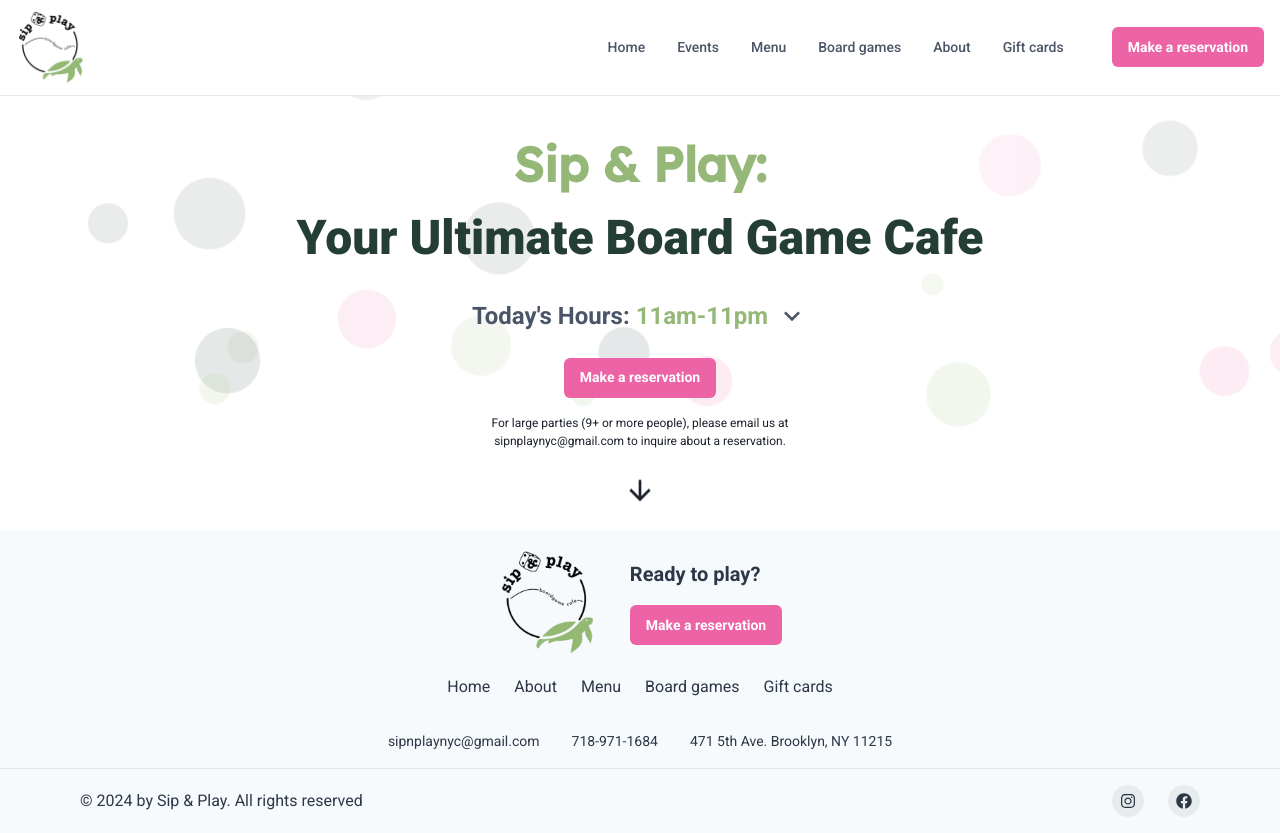
Repository: natespinetti/codedexsummerhackathon
Page: /
An editor plug-in stored every save of this project. The page is shown before and after the next save, followed by the edit.
The browser window is 1280 px wide. The pictures show the whole page.
The project was rebuilt for these pictures with package versions that can differ from the ones it lists, and the page was loaded fresh each time. The framework's server and built-in components were replaced by stand-ins that run in the browser. Also part of the build but not shown: next.config.mjs.

Above is the page before, as saved 2024-07-11 16:41:44.

### app/layout.tsx
"use client";
import Head from "next/head";
import React from "react";
import Header from "./components/Header";
import Footer from "./components/Footer";
import { Providers } from "./components/Providers";

export default function RootLayout({
  children,
}: {
  children: React.ReactNode;
}) {
  return (
    <html lang="en">
      <Head>
        <title>Sip & Play</title>
        <meta name="description" content="Board games and boba!" />
        <meta name="viewport" content="width=device-width, initial-scale=1" />
        <link rel="icon" href="/favicons/favicon.ico" />
      </Head>
      <body>
        <Providers>
          <Header />
          <main>{children}</main>
          <Footer />
        </Providers>
      </body>
    </html>
  );
}

### app/page.tsx
import Image from "next/image";
import HomeHero from "./components/HomeHero";

export default function Home() {
  return (
    <>
      <HomeHero />
    </>
  );
}

### app/components/Header.tsx
"use client";

import {
  Box,
  Flex,
  Text,
  IconButton,
  Button,
  Stack,
  Collapse,
  Icon,
  Popover,
  PopoverTrigger,
  PopoverContent,
  useColorModeValue,
  useBreakpointValue,
  Image,
  useDisclosure,
} from "@chakra-ui/react";
import {
  HamburgerIcon,
  CloseIcon,
  ChevronDownIcon,
  ChevronRightIcon,
} from "@chakra-ui/icons";
import CurrentDayHours from "./CurrentDaysHours";

export default function Header() {
  const { isOpen, onToggle } = useDisclosure();

  return (
    <Box>
      <Flex
        bg={useColorModeValue("white", "gray.800")}
        color={useColorModeValue("gray.600", "white")}
        minH={"60px"}
        py={{ base: 2 }}
        px={{ base: 4 }}
        borderBottom={1}
        borderStyle={"solid"}
        borderColor={useColorModeValue("gray.200", "gray.900")}
        align={"center"}
      >
        <Flex
          flex={{ base: 1, md: "auto" }}
          ml={{ base: -2 }}
          display={{ base: "flex", md: "none" }}
        >
          <IconButton
            onClick={onToggle}
            icon={
              isOpen ? <CloseIcon w={3} h={3} /> : <HamburgerIcon w={5} h={5} />
            }
            variant={"ghost"}
            aria-label={"Toggle Navigation"}
          />
        </Flex>
        <Flex flex={{ base: 1 }} justify={{ base: "center", md: "start" }}>
          <Text
            textAlign={useBreakpointValue({ base: "center", md: "left" })}
            fontFamily={"heading"}
            color={useColorModeValue("gray.800", "white")}
          >
            <Image
              maxW="70px"
              src="/logos/sipnplay2.png"
              alt="Sip & Play Logo"
            />
          </Text>

          <Flex
            display={{ base: "none", md: "flex" }}
            mr={10}
            alignItems="center"
            ml="auto"
          >
            <DesktopNav />
          </Flex>
        </Flex>

        <Stack
          flex={{ base: 1, md: 0 }}
          justify={"flex-end"}
          direction={"row"}
          spacing={6}
        >
          <Button
            as={"a"}
            display={{ base: "none", md: "inline-flex" }}
            fontSize={"sm"}
            fontWeight={600}
            color={"white"}
            bg={"pink.400"}
            href={"https://www.exploretock.com/sipnplay/"}
            target="_blank"
            _hover={{
              bg: "pink.300",
            }}
          >
            Make a reservation
          </Button>
        </Stack>
      </Flex>

      <Collapse in={isOpen} animateOpacity>
        <MobileNav />
      </Collapse>
    </Box>
  );
}

const DesktopNav = () => {
  const linkColor = useColorModeValue("gray.600", "gray.200");
  const linkHoverColor = useColorModeValue("gray.800", "white");
  const popoverContentBgColor = useColorModeValue("white", "gray.800");

  return (
    <Stack direction={"row"} spacing={4}>
      {NAV_ITEMS.map((navItem) => (
        <Box key={navItem.label}>
          <Popover trigger={"hover"} placement={"bottom-start"}>
            <PopoverTrigger>
              <Box
                as="a"
                p={2}
                href={navItem.href ?? "#"}
                fontSize={"sm"}
                fontWeight={500}
                color={linkColor}
                _hover={{
                  textDecoration: "none",
                  color: linkHoverColor,
                }}
              >
                {navItem.label}
              </Box>
            </PopoverTrigger>

            {navItem.children && (
              <PopoverContent
                border={0}
                boxShadow={"xl"}
                bg={popoverContentBgColor}
                p={4}
                rounded={"xl"}
                minW={"sm"}
              >
                <Stack>
                  {navItem.children.map((child) => (
                    <DesktopSubNav key={child.label} {...child} />
                  ))}
                </Stack>
              </PopoverContent>
            )}
          </Popover>
        </Box>
      ))}
    </Stack>
  );
};

const DesktopSubNav = ({ label, href, subLabel }: NavItem) => {
  return (
    <Box
      as="a"
      href={href}
      role={"group"}
      display={"block"}
      p={2}
      rounded={"md"}
      _hover={{ bg: useColorModeValue("pink.50", "gray.900") }}
    >
      <Stack direction={"row"} align={"center"}>
        <Box>
          <Text
            transition={"all .3s ease"}
            _groupHover={{ color: "pink.400" }}
            fontWeight={500}
          >
            {label}
          </Text>
          <Text fontSize={"sm"}>{subLabel}</Text>
        </Box>
        <Flex
          transition={"all .3s ease"}
          transform={"translateX(-10px)"}
          opacity={0}
          _groupHover={{ opacity: "100%", transform: "translateX(0)" }}
          justify={"flex-end"}
          align={"center"}
          flex={1}
        >
          <Icon color={"pink.400"} w={5} h={5} as={ChevronRightIcon} />
        </Flex>
      </Stack>
    </Box>
  );
};

const MobileNav = () => {
  return (
    <Stack
      bg={useColorModeValue("white", "gray.800")}
      p={4}
      display={{ md: "none" }}
    >
      {NAV_ITEMS.map((navItem) => (
        <MobileNavItem key={navItem.label} {...navItem} />
      ))}
    </Stack>
  );
};

const MobileNavItem = ({ label, children, href }: NavItem) => {
  const { isOpen, onToggle } = useDisclosure();

  return (
    <Stack spacing={4} onClick={children && onToggle}>
      <Box
        py={2}
        as="a"
        href={href ?? "#"}
        justifyContent="space-between"
        alignItems="center"
        _hover={{
          textDecoration: "none",
        }}
      >
        <Text
          fontWeight={600}
          color={useColorModeValue("gray.600", "gray.200")}
        >
          {label}
        </Text>
        {children && (
          <Icon
            as={ChevronDownIcon}
            transition={"all .25s ease-in-out"}
            transform={isOpen ? "rotate(180deg)" : ""}
            w={6}
            h={6}
          />
        )}
      </Box>

      <Collapse in={isOpen} animateOpacity style={{ marginTop: "0!important" }}>
        <Stack
          mt={2}
          pl={4}
          borderLeft={1}
          borderStyle={"solid"}
          borderColor={useColorModeValue("gray.200", "gray.700")}
          align={"start"}
        >
          {children &&
            children.map((child) => (
              <Box as="a" key={child.label} py={2} href={child.href}>
                {child.label}
              </Box>
            ))}
        </Stack>
      </Collapse>
    </Stack>
  );
};

interface NavItem {
  label: string;
  subLabel?: string;
  children?: Array<NavItem>;
  href?: string;
}

const NAV_ITEMS: Array<NavItem> = [
  {
    label: "Home",
    href: "/",
  },
  {
    label: "Events ",
    href: "/",
  },
  {
    label: "Menu",
    children: [
      {
        label: "Coffee",
        subLabel: "Hot and iced coffee options",
        href: "#",
      },
      {
        label: "Specialty drinks",
        subLabel: "Spice it up with flavors and teas",
        href: "#",
      },
      {
        label: "Boba",
        subLabel: "Who doesn't love boba?",
        href: "#",
      },
      {
        label: "Hot bites",
        subLabel: "Some snacks while you play",
        href: "#",
      },
      {
        label: "Sandwiches & salads",
        subLabel: "Need something more? This is the place",
        href: "#",
      },
      {
        label: "Seasonal specials",
        subLabel: "Bevs to fit the season",
        href: "#",
      },
      {
        label: "Beer/wine",
        subLabel: "Rotating menu from local breweries",
        href: "#",
      },
    ],
  },
  {
    label: "Board games",
    href: "#",
  },
  {
    label: "About",
    children: [
      {
        label: "Our story",
        subLabel: "Where it all started",
        href: "#",
      },
      {
        label: "Feedback",
        subLabel: "Let us know what you think",
        href: "#",
      },
    ],
  },
  {
    label: "Gift cards",
    href: "#",
  },
];

### app/components/Footer.tsx
"use client";

import {
  Box,
  chakra,
  Container,
  Stack,
  Text,
  useColorModeValue,
  Button,
  Image,
  VisuallyHidden,
} from "@chakra-ui/react";
import { FaInstagram, FaTwitter, FaYoutube, FaFacebook } from "react-icons/fa";
import { ReactNode } from "react";

const SocialButton = ({
  children,
  label,
  href,
}: {
  children: ReactNode;
  label: string;
  href: string;
}) => {
  return (
    <chakra.button
      bg={useColorModeValue("blackAlpha.100", "whiteAlpha.100")}
      rounded={"full"}
      w={8}
      h={8}
      cursor={"pointer"}
      as={"a"}
      href={href}
      display={"inline-flex"}
      alignItems={"center"}
      justifyContent={"center"}
      transition={"background 0.3s ease"}
      _hover={{
        bg: useColorModeValue("blackAlpha.200", "whiteAlpha.200"),
      }}
    >
      <VisuallyHidden>{label}</VisuallyHidden>
      {children}
    </chakra.button>
  );
};

export default function Footer() {
  return (
    <>
      {/* <iframe
        src="https://www.google.com/maps/embed?pb=!1m19!1m8!1m3!1d48423.28708097213!2d-73.98076851318362!3d40.66393288184943!3m2!1i1024!2i768!4f13.1!4m8!3e0!4m0!4m5!1s0x89c25b963c296a77%3A0x33cab105836ef465!2sSip%20%26%20Play%2C%20471%205th%20Ave%2C%20Brooklyn%2C%20NY%2011215!3m2!1d40.668128599999996!2d-73.9869454!5e0!3m2!1sen!2sus!4v1720729656891!5m2!1sen!2sus"
        width="100%"
        height="200"
        style={{ border: 0 }}
        loading="lazy"
        referrerPolicy="no-referrer-when-downgrade"
      ></iframe> */}
      <Box
        bg={useColorModeValue("gray.50", "gray.900")}
        color={useColorModeValue("gray.700", "gray.200")}
      >
        <Container
          as={Stack}
          maxW={"6xl"}
          py={4}
          spacing={4}
          justify={"center"}
          align={"center"}
        >
          <Box display="flex" flexDir="row" alignItems="center" gridGap="2rem">
            <Image
              maxW="100px"
              src="/logos/sipnplay2.png"
              alt="Sip & Play Logo"
            />
            <Box>
              <Text fontWeight={700} fontSize="20px" pb="1rem">
                Ready to play?
              </Text>
              <Button
                as={"a"}
                display={{ base: "none", md: "inline-flex" }}
                fontSize={"sm"}
                fontWeight={600}
                color={"white"}
                bg={"pink.400"}
                href={"https://www.exploretock.com/sipnplay/"}
                target="_blank"
                _hover={{
                  bg: "pink.300",
                }}
              >
                Make a reservation
              </Button>
            </Box>
          </Box>
          <Stack direction={"row"} spacing={6}>
            <Box as="a" href={"#"}>
              Home
            </Box>
            <Box as="a" href={"#"}>
              About
            </Box>
            <Box as="a" href={"#"}>
              Menu
            </Box>
            <Box as="a" href={"#"}>
              Board games
            </Box>
            <Box as="a" href={"#"}>
              Gift cards
            </Box>
          </Stack>
          <Box
            display="flex"
            flexDir="row"
            gridGap="2rem"
            fontSize="14px"
            mt="1rem"
          >
            <Text as="a" href={"mailto:sipnplaynyc@gmail.com"}>
              sipnplaynyc@gmail.com
            </Text>
            <Text as="a" href={"tel:718-971-1684"}>
              718-971-1684
            </Text>
            <Text
              as="a"
              target="_blank"
              href={
                "https://www.google.com/maps/dir//471+5th+Ave,+Brooklyn,+NY+11215/@40.6680993,-74.0693463,12z/data=!4m8!4m7!1m0!1m5!1m1!1s0x89c25b963c296a77:0x33cab105836ef465!2m2!1d-73.9869454!2d40.6681286?entry=ttu"
              }
            >
              471 5th Ave. Brooklyn, NY 11215
            </Text>
          </Box>
        </Container>

        <Box
          borderTopWidth={1}
          borderStyle={"solid"}
          borderColor={useColorModeValue("gray.200", "gray.700")}
        >
          <Container
            as={Stack}
            maxW={"6xl"}
            py={4}
            direction={{ base: "column", md: "row" }}
            spacing={4}
            justify={{ base: "center", md: "space-between" }}
            align={{ base: "center", md: "center" }}
          >
            <Text>© 2024 by Sip & Play. All rights reserved</Text>
            <Stack direction={"row"} spacing={6}>
              <SocialButton
                label={"Instagram"}
                href={"https://www.instagram.com/sipnplaynyc/?hl=en"}
              >
                <FaInstagram />
              </SocialButton>
              <SocialButton
                label={"Facebook"}
                href={"https://www.facebook.com/sipnplaynyc/"}
              >
                <FaFacebook />
              </SocialButton>
            </Stack>
          </Container>
        </Box>
      </Box>
    </>
  );
}

### app/components/Providers.tsx
import { SPTheme } from "@/ui/theme/theme";
import { ChakraProvider } from "@chakra-ui/react";
import { ReactNode } from "react";

export function Providers({ children }: { children: ReactNode }) {
  return <ChakraProvider theme={SPTheme}>{children}</ChakraProvider>;
}

### app/components/HomeHero.tsx
"use client";
import { Box, Text, Button, keyframes } from "@chakra-ui/react";
import CurrentDayHours from "./CurrentDaysHours";
import {
  HamburgerIcon,
  CloseIcon,
  ChevronDownIcon,
  ArrowDownIcon,
} from "@chakra-ui/icons";

const bubbleAnimation = keyframes`
  0% {
    transform: translateY(100px) scale(1);
    opacity: 1;
  }
  100% {
    transform: translateY(-1000px) scale(1.5);
    opacity: 0;
  }
`;

const upDownAnimation = keyframes`
  0% {
    transform: translateY(0);
  }
  50% {
    transform: translateY(10px);
  }
  100% {
    transform: translateY(0px);
  }
`;

const bubbles = new Array(20).fill(0).map((_, index) => ({
  id: index,
  size: Math.random() * 3 + 1,
  left: Math.random() * 100,
  animationDuration: Math.random() * 20 + 10,
  animationDelay: Math.random() * 100,
}));

export default function HomeHero() {
  return (
    <>
      <Box position="relative" overflow="hidden" h="100%" w="100%">
        {bubbles.map((bubble, index) => (
          <Box
            key={bubble.id}
            position="absolute"
            bottom="0"
            left={`${bubble.left}%`}
            width={`${bubble.size}rem`}
            height={`${bubble.size}rem`}
            bg={
              index % 3 === 0
                ? "rgba(148, 185, 115, 0.3)"
                : index % 3 === 1
                ? "rgba(36, 62, 54, 0.3)"
                : "rgba(237, 100, 166, 0.3)"
            }
            borderRadius="50%"
            animation={`${bubbleAnimation} ${bubble.animationDuration}s linear infinite`}
            transitionDelay={`${bubble.animationDelay}s`}
          />
        ))}
        <Box
          position="relative"
          w="100vw"
          p="2rem"
          display="flex"
          flexDir="column"
          justifyItems="center"
          alignItems="center"
          gridGap="1rem"
          bg="rgba(255, 255, 255, 0.5)"
        >
          <Text
            as="h1"
            fontFamily="body"
            fontWeight="900"
            fontSize="3rem"
            color="#243E36"
            textAlign="center"
          >
            <Text
              as="span"
              color="#95b878"
              fontWeight="900"
              fontFamily="heading"
              fontSize="3rem"
            >
              Sip & Play:
              <br />
            </Text>
            Your Ultimate Board Game Cafe
          </Text>
          <CurrentDayHours />
          <Button
            as={"a"}
            display={{ base: "none", md: "inline-flex" }}
            fontSize={"sm"}
            fontWeight={600}
            color={"white"}
            bg={"pink.400"}
            href={"https://www.exploretock.com/sipnplay/"}
            target="_blank"
            _hover={{
              bg: "pink.300",
            }}
          >
            Make a reservation
          </Button>

          <Text
            fontSize="12px"
            w={{ base: "100%", md: "30%" }}
            textAlign="center"
          >
            For large parties (9+ or more people), please email us at{" "}
            <Text as="a" href="mailto:sipnplaynyc@gmail.com">
              sipnplaynyc@gmail.com
            </Text>{" "}
            to inquire about a reservation.
          </Text>
          <ArrowDownIcon
            fontSize="2rem"
            animation={`${upDownAnimation} 4s ease-in-out infinite`}
          />
        </Box>
      </Box>
    </>
  );
}

### ui/theme/theme.tsx
import { extendTheme } from "@chakra-ui/react";
import { fonts } from "./fonts";

const overrides = {
  fonts,
};

export const SPTheme = extendTheme(overrides);

### app/components/CurrentDaysHours.tsx
import React, { useState } from "react";
import { Box, Text, useColorModeValue, useDisclosure } from "@chakra-ui/react";
import {
  Popover,
  PopoverTrigger,
  PopoverContent,
  PopoverHeader,
  PopoverBody,
  PopoverFooter,
  PopoverArrow,
  PopoverCloseButton,
  Button,
  PopoverAnchor,
} from "@chakra-ui/react";
import {
  HamburgerIcon,
  CloseIcon,
  ChevronDownIcon,
  ChevronRightIcon,
} from "@chakra-ui/icons";

const openingHours: { [key: number]: string } = {
  0: "10am-11pm", //Sunday
  1: "11am-11pm", // Monday
  2: "11am-11pm", // Tuesday
  3: "11am-11pm", // Wednesday
  4: "11am-11pm", // Thursday
  5: "11am-12am", // Friday
  6: "10am-12am", // Saturday
};

export default function CurrentDayHours() {
  const { isOpen, onOpen, onClose } = useDisclosure();

  const currentDay = new Date().getDay();
  const hours = openingHours[currentDay];
  const linkColor = useColorModeValue("gray.600", "gray.200");
  const linkHoverColor = useColorModeValue("gray.800", "white");
  const popoverContentBgColor = useColorModeValue("white", "gray.800");
  const handleItemClick = () => {
    if (isOpen) {
      onClose();
    } else {
      onOpen();
    }
  };
  return (
    <Box textAlign="center" fontSize="16px">
      <Popover
        trigger={"hover"}
        placement={"bottom-start"}
        isOpen={isOpen}
        onOpen={onOpen}
        onClose={onClose}
      >
        <PopoverTrigger>
          <Box
            p={2}
            fontSize={"sm"}
            fontWeight={500}
            color={linkColor}
            _hover={{
              textDecoration: "none",
              color: linkHoverColor,
            }}
          >
            <Box
              display="flex"
              flexDir="row"
              gridGap=".5rem"
              alignItems="center"
              onClick={handleItemClick}
            >
              <Text fontWeight="bold" fontSize="1.5rem" cursor="pointer">
                Today's Hours:{" "}
                <Text color="#95b878" as="span">
                  {hours}
                </Text>
              </Text>
              <ChevronDownIcon
                fontSize="2rem"
                transform={isOpen ? "rotate(180deg)" : "rotate(0deg)"}
                transition="transform 0.2s"
              />
            </Box>
          </Box>
        </PopoverTrigger>

        <PopoverContent
          border={0}
          boxShadow={"xl"}
          bg={popoverContentBgColor}
          p={4}
          rounded={"xl"}
          minW={"sm"}
        >
          <Box display="flex" flexDir="column" textAlign="left">
            <Text fontWeight="bold">
              Sunday:{" "}
              <Text color="#95b878" as="span">
                10am-11pm
              </Text>
            </Text>
            <Text fontWeight="bold">
              Monday:{" "}
              <Text color="#95b878" as="span">
                11am-11pm
              </Text>
            </Text>
            <Text fontWeight="bold">
              Tuesday:{" "}
              <Text color="#95b878" as="span">
                11am-11pm
              </Text>
            </Text>
            <Text fontWeight="bold">
              Wednesday:{" "}
              <Text color="#95b878" as="span">
                11am-11pm
              </Text>
            </Text>
            <Text fontWeight="bold">
              Thursday:{" "}
              <Text color="#95b878" as="span">
                11am-11pm
              </Text>
            </Text>
            <Text fontWeight="bold">
              Friday:{" "}
              <Text color="#95b878" as="span">
                11am-12am
              </Text>
            </Text>
            <Text fontWeight="bold">
              Saturday:{" "}
              <Text color="#95b878" as="span">
                10am-12am
              </Text>
            </Text>
          </Box>
        </PopoverContent>
      </Popover>
    </Box>
  );
}

### ui/theme/fonts.tsx
import { Roboto, Lexend } from "next/font/google";

const roboto = Roboto({
  subsets: ["latin"],
  display: "swap",
  weight: ["100", "300", "400", "500", "700", "900"],
  style: ["normal", "italic"],
});

const lexend = Lexend({
  subsets: ["latin"],
  display: "swap",
  weight: ["300", "400", "500"],
  style: ["normal"],
});

export const fonts = {
  heading: lexend.style.fontFamily,
  body: roboto.style.fontFamily,
};

After the next save:
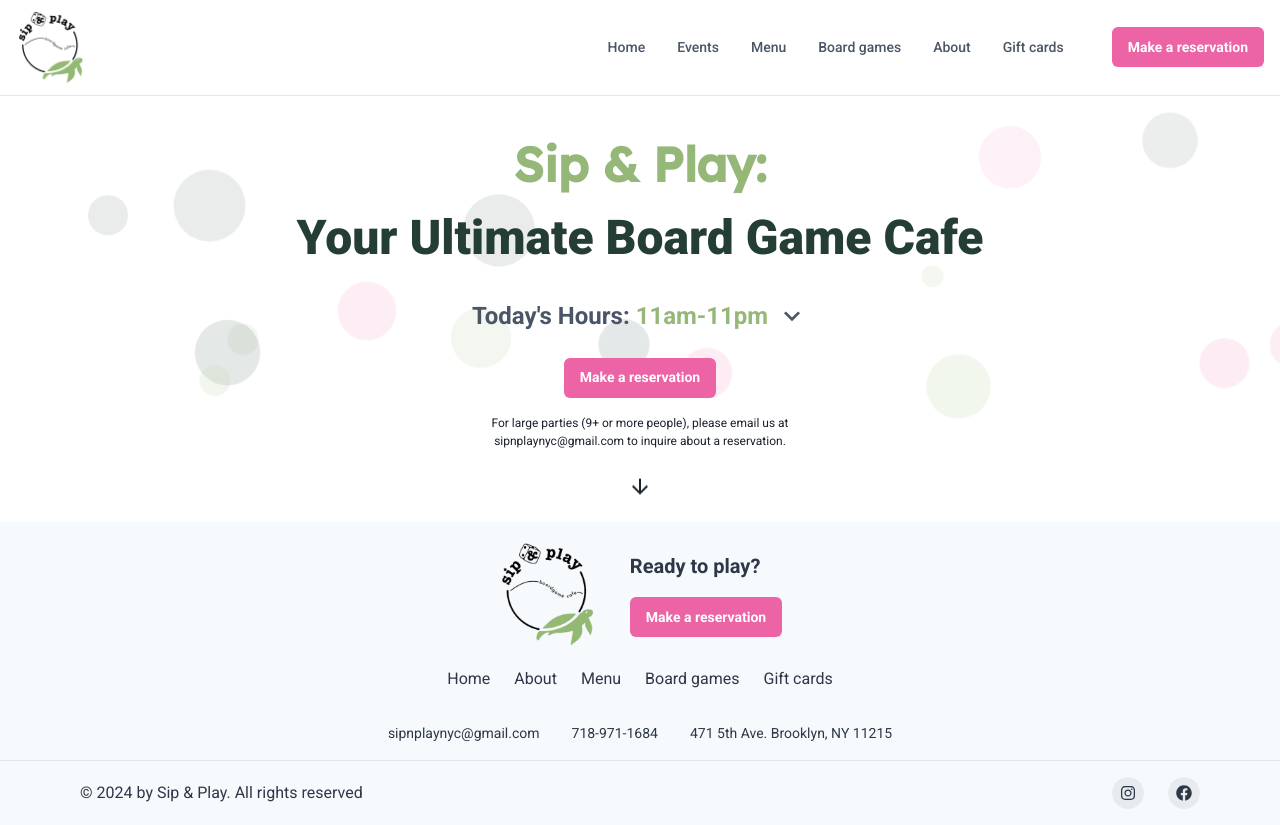
Saved 5 s later.
--- a/app/components/HomeHero.tsx
+++ b/app/components/HomeHero.tsx
@@ -123,7 +123,7 @@
             to inquire about a reservation.
           </Text>
           <ArrowDownIcon
-            fontSize="2rem"
+            fontSize="1.5rem"
             animation={`${upDownAnimation} 4s ease-in-out infinite`}
           />
         </Box>
